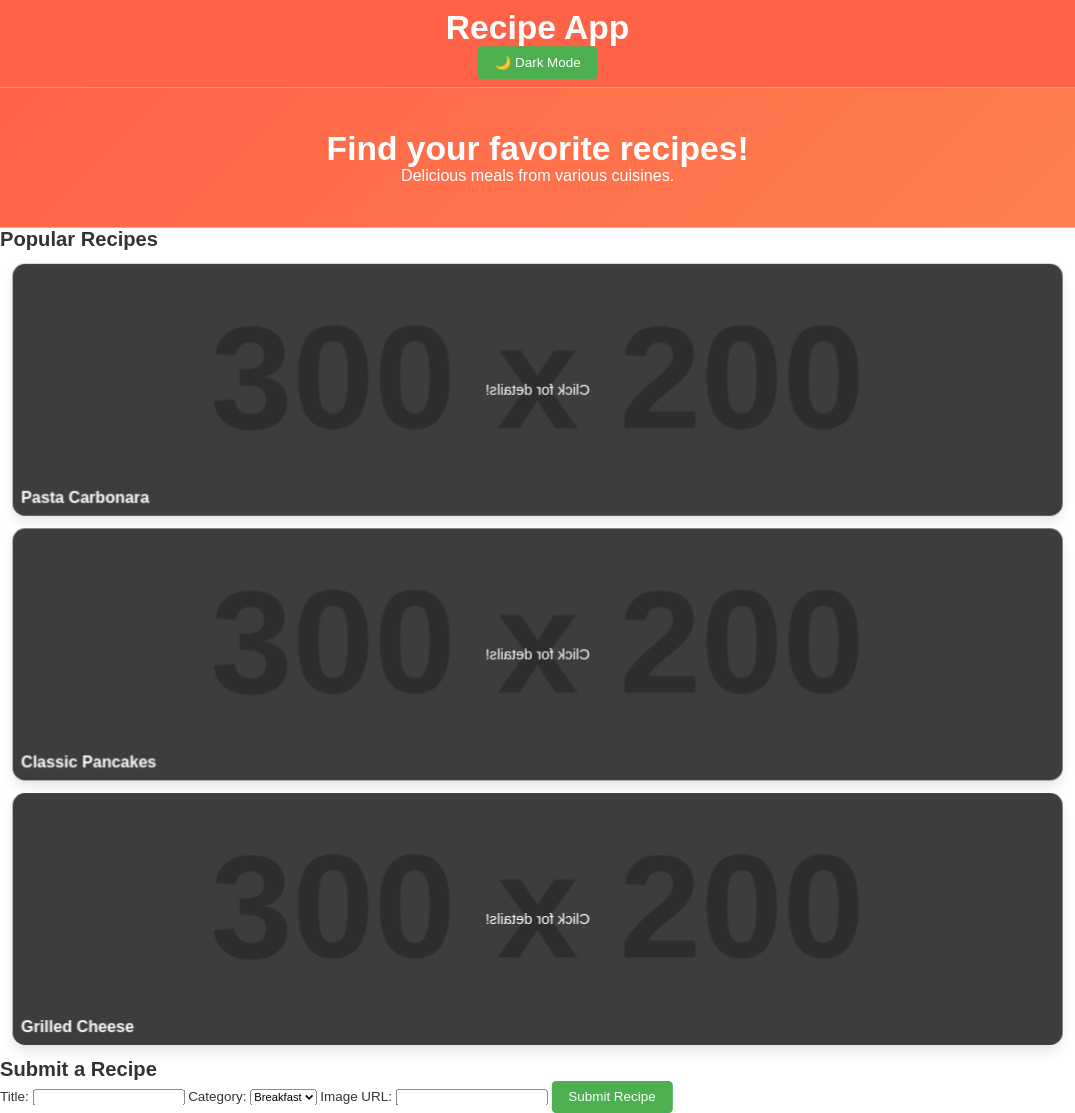
Repository: Patience225/recipe-app
Page: index.html
These files come from the project's save history. The page is drawn as it stood at one moment and after the next save; the edit follows.
The browser window is 1280 px wide. The pictures show the whole page, at 84% of full size.

Above is the page before, as saved 2025-01-27 08:17:22.

After the next save:
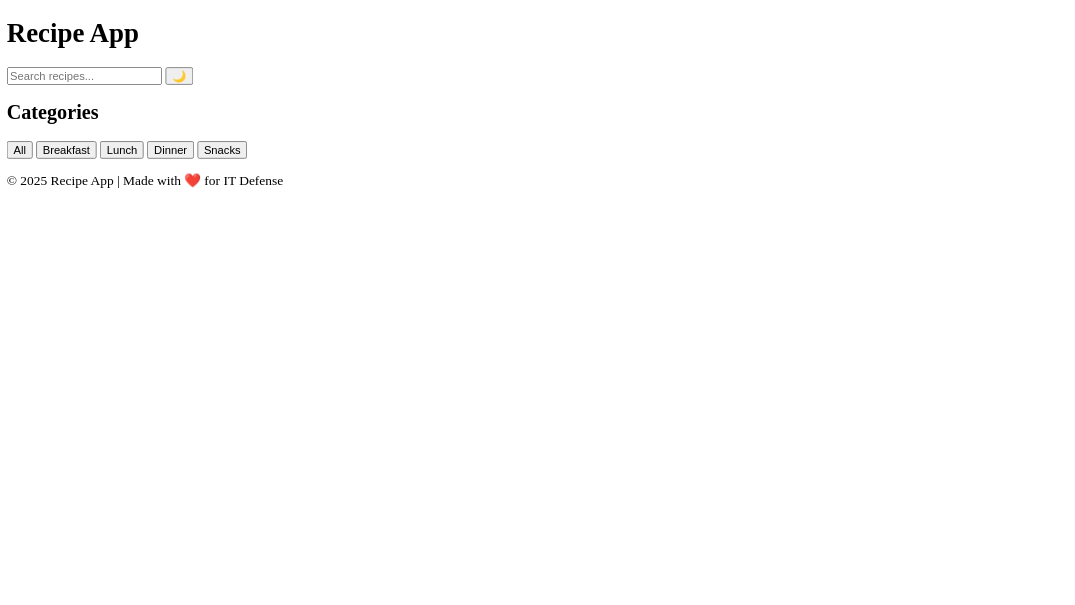
Not found: app.js
Not found: style.css
Saved 3 min 11 s later.
--- a/index.html
+++ b/index.html
@@ -3,62 +3,53 @@
 <head>
   <meta charset="UTF-8">
   <meta name="viewport" content="width=device-width, initial-scale=1.0">
-  <meta http-equiv="X-UA-Compatible" content="ie=edge">
   <title>Recipe App</title>
-  <link rel="stylesheet" href="styles.css">
+  <link rel="stylesheet" href="style.css">
 </head>
 <body>
+  <!-- Header -->
   <header>
     <div class="container">
       <h1>Recipe App</h1>
-      <button id="theme-toggle">🌙 Dark Mode</button>
+      <input type="text" id="search" placeholder="Search recipes...">
+      <button id="theme-toggle">🌙</button>
     </div>
   </header>
 
-  <section class="hero">
-    <div class="hero-content">
-      <h2>Find your favorite recipes!</h2>
-      <p>Delicious meals from various cuisines.</p>
-    </div>
-  </section>
+  <!-- Main Content -->
+  <main>
+    <!-- Categories -->
+    <section id="categories">
+      <h2>Categories</h2>
+      <div class="category-buttons">
+        <button data-category="All">All</button>
+        <button data-category="Breakfast">Breakfast</button>
+        <button data-category="Lunch">Lunch</button>
+        <button data-category="Dinner">Dinner</button>
+        <button data-category="Snacks">Snacks</button>
+      </div>
+    </section>
 
-  <section class="recipe-list">
-    <h2>Popular Recipes</h2>
-    <div id="recipe-list" class="recipe-list-container"></div>
-  </section>
+    <!-- Recipe List -->
+    <section id="recipe-list">
+      <!-- Dynamic recipe cards will be inserted here -->
+    </section>
 
-  <div id="recipe-form-container">
-    <h2>Submit a Recipe</h2>
-    <form id="recipe-form">
-      <label for="recipe-title">Title:</label>
-      <input type="text" id="recipe-title" required>
+    <!-- Recipe Details -->
+    <section id="recipe-details" class="hidden">
+      <!-- Detailed recipe content will be dynamically added here -->
+    </section>
+  </main>
 
-      <label for="recipe-category">Category:</label>
-      <select id="recipe-category">
-        <option value="Breakfast">Breakfast</option>
-        <option value="Lunch">Lunch</option>
-        <option value="Dinner">Dinner</option>
-        <option value="Snacks">Snacks</option>
-      </select>
+  <!-- Footer -->
+  <footer>
+    <p>&copy; 2025 Recipe App | Made with ❤️ for IT Defense</p>
+  </footer>
 
-      <label for="recipe-image">Image URL:</label>
-      <input type="url" id="recipe-image" required>
+  <script src="app.js"></script>
+</body>
+</html>
 
-      <button type="submit">Submit Recipe</button>
-    </form>
-  </div>
-
-  <!-- Modal for Recipe Details -->
-  <div id="recipe-modal" class="modal">
-    <div class="modal-content">
-      <span class="close-btn">&times;</span>
-      <h2 id="modal-title"> HELLO </h2>
-      <img id="modal-image" src="" alt="">
-      <p id="modal-description"></p>
-    </div>
-  </div>
-
-  <script src="script.js"></script>
   <!-- Add this script to the end of your body tag -->
 <script>
   if ("serviceWorker" in navigator) {
